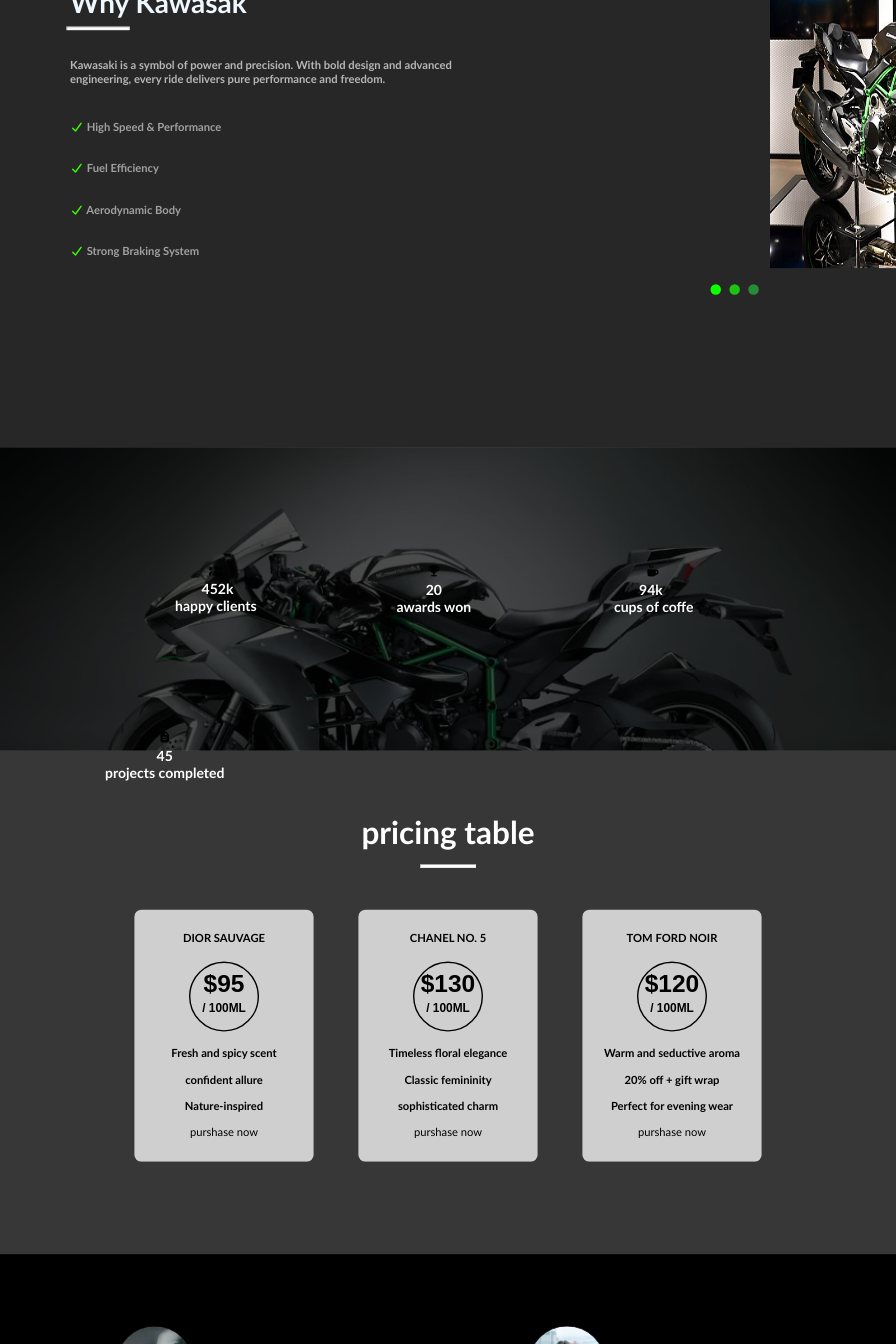
Repository: mustafasayed075-stack/project1
Page: index.html
The author's editor kept a copy of each file at every save. The page is drawn from the files as they stood at one save, then again after a run of saves.
The browser window is 1280 px wide. The pictures show the part of the page from y = 2954 to 4874 px (the page is 6669 px tall), at 70% of full size.
Backgrounds fixed to the window are drawn as part of the page.

Above is the page before, as saved 2025-09-20 19:20:10.

After the next 3 saves:
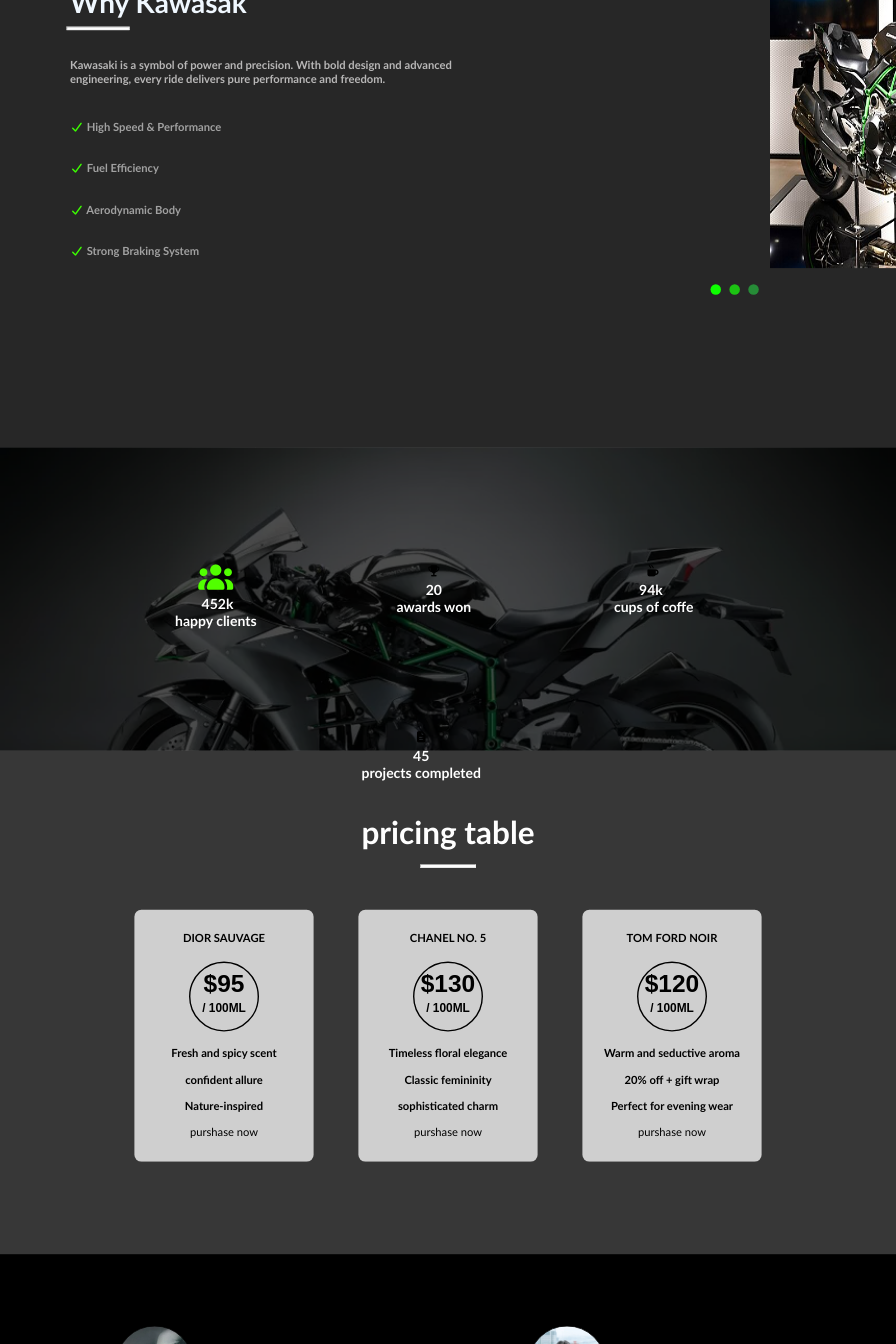
The 3 saves are shown as one change because they came seconds apart.
The last was saved 20 s later.
--- a/index.html
+++ b/index.html
@@ -205,7 +205,7 @@
                 <div class="overlay6">
                     <div class="section6-content">
                         <div class="section6-div1">
-                        <i class="fa-solid fa-users"></i>
+                        <i class="fa-solid fa-users icn"></i>
                         <p class="p6">452k</p>
                         <p class="happy">happy clients</p>
                         </div> <!-- section6-div1 -->
